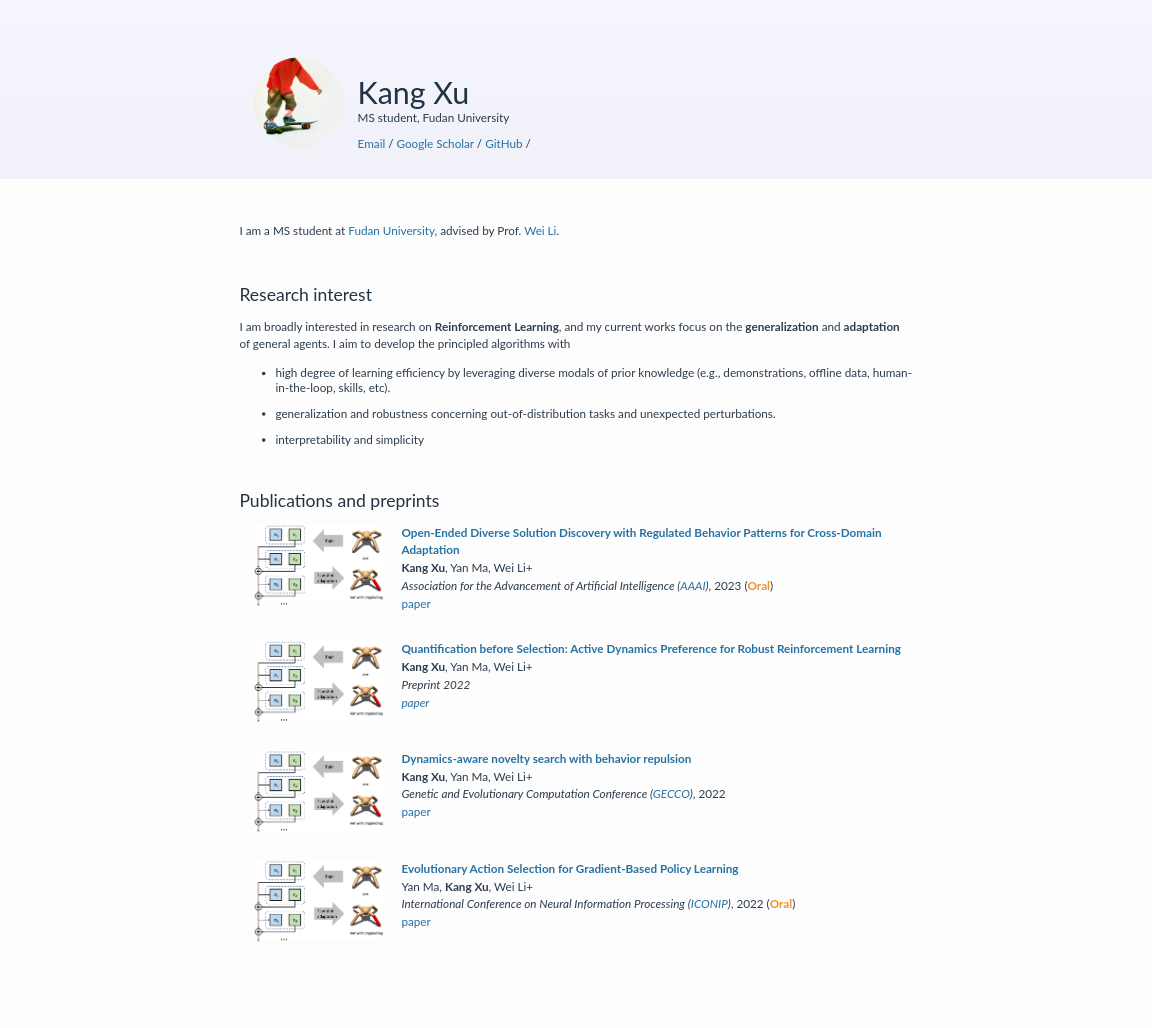
Repository: Kavka1/kang-xu.github.io
Page: index.html
The author's editor kept a copy of each file at every save. The page is drawn from the files as they stood at one save, then again after the next save.
The browser window is 1280 px wide. The pictures show the whole page, at 90% of full size.

Above is the page before, as saved 2023-05-19 12:27:31.

After the next save:
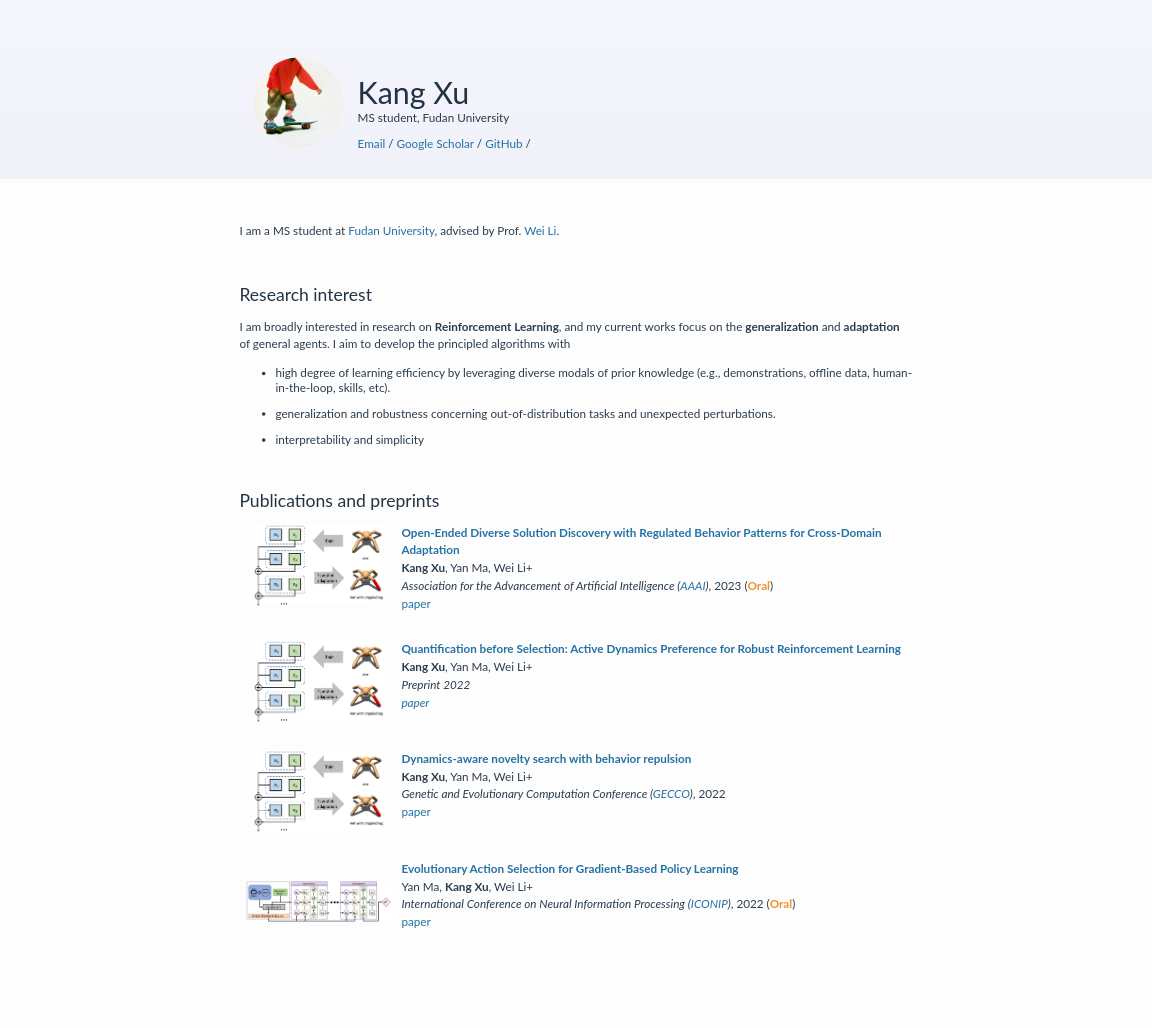
Saved 10 s later.
--- a/index.html
+++ b/index.html
@@ -108,7 +108,7 @@
         </div>
 
         <div class="publication row clearfix">
-            <div class="row-media" style="background-image: url(files/DiR.png);"></div>
+            <div class="row-media" style="background-image: url(files/EAS.png);"></div>
             <div class="row-text">
                 <a class="publication-title bold" href="https://link.springer.com/chapter/10.1007/978-3-031-30111-7_49">
                     Evolutionary Action Selection for Gradient-Based Policy Learning</a><br/>
